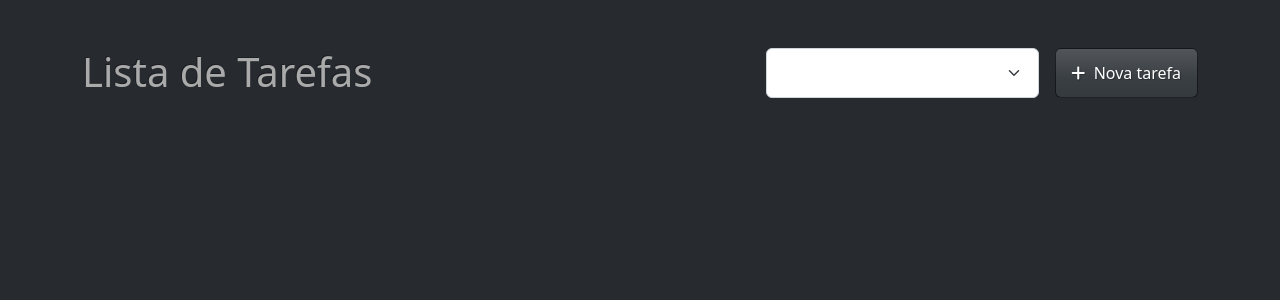
Repository: cargugati/lista_tarefas
Page: frontEnd/index.html
These files come from the project's save history. The page is drawn as it stood at one moment and after the next save; the edit follows.
The browser window is 1280 px wide. The pictures show the whole page.

Above is the page before, as saved 2023-03-16 10:28:34.

### frontEnd/index.html
<!DOCTYPE html>
<html lang="pt-br">

<head>
  <meta charset="UTF-8">
  <meta http-equiv="X-UA-Compatible" content="IE=edge">
  <meta name="viewport" content="width=device-width, initial-scale=1.0">
  <title>Lista de Tarefas</title>
  <link rel="stylesheet" href="/assets/css/bootstrap.min.css">
  <link rel="stylesheet" href="/assets/fontawesome/css/all.min.css">
  <link rel="shortcut icon" href="/assets/images/favicon.png" type="image/png">
</head>

<body>
  <div class="container my-5">
    <div class="row">
      <div class="col">
        <h1>Lista de Tarefas</h1>
      </div>
      <div class="col text-end">
        <div class="d-flex justify-content-end">
          <select id="select_filter" class="form-select w-50 me-3">
            <option value=""></option>
            <option value="1">1</option>
          </select>
          <a href="new_task.html" class="btn btn-primary"><i class="fa-solid fa-plus me-2"></i>Nova tarefa</a>
        </div>
      </div>
    </div>

    <div class="row">
      <div class="col text-center">
      <span class="opacity-50"></span>
      </div>
    </div>
  </div>


  <script src="assets/js/bootstrap.bundle.min.js"></script>
</body>

</html>

Loaded but not shown: frontEnd/assets/css/bootstrap.min.css (library); frontEnd/assets/fontawesome/css/all.min.css (library); frontEnd/assets/js/bootstrap.bundle.min.js (library)

After the next save:
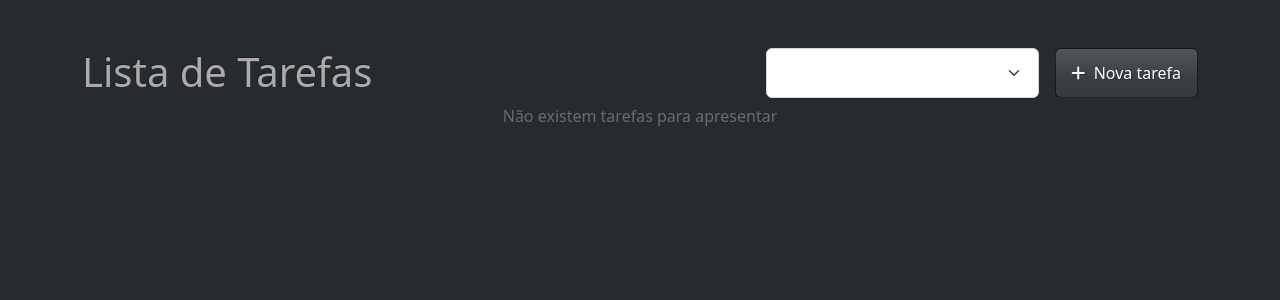
Saved 16 s later.
--- a/frontEnd/index.html
+++ b/frontEnd/index.html
@@ -30,7 +30,7 @@
 
     <div class="row">
       <div class="col text-center">
-      <span class="opacity-50"></span>
+      <span class="opacity-50">Não existem tarefas para apresentar</span>
       </div>
     </div>
   </div>
